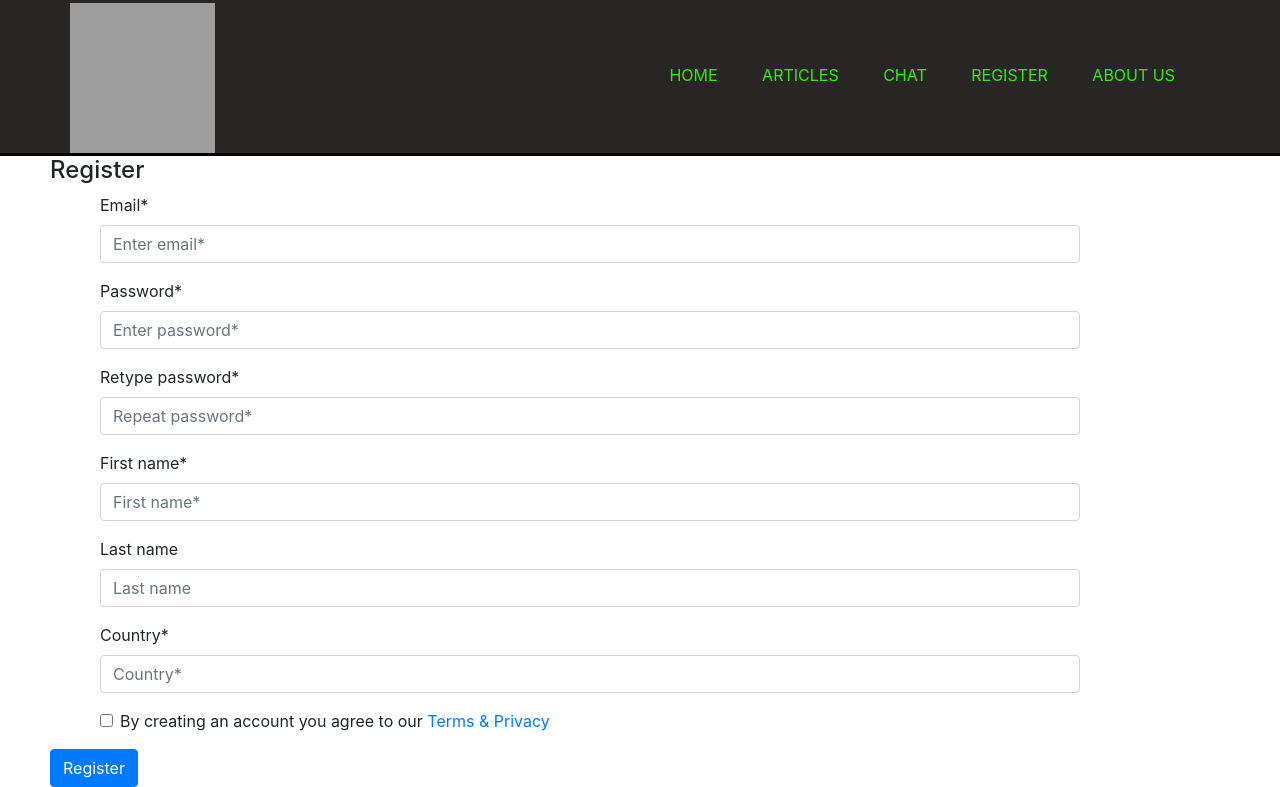
Repository: elvitasaukitena/Web
Page: register/register.html
These files come from the project's save history. The page is drawn as it stood at one moment and after the next save; the edit follows.
The browser window is 1280 px wide. The pictures show the whole page.
Pictures or frames that could not be fetched are drawn as grey boxes.

Above is the page before, as saved 2018-08-08 14:58:16.

### register/register.html
<!DOCTYPE html>
<html lang="en">

<head>
    <meta charset="UTF-8">
    <meta name="viewport" content="width=device-width, initial-scale=1.0">
    <meta http-equiv="X-UA-Compatible" content="ie=edge">
    <title>Document</title>
    <link rel="stylesheet" type="text/css" media="screen" href="register.css" />
    <link rel="stylesheet" href="https://stackpath.bootstrapcdn.com/bootstrap/4.1.3/css/bootstrap.min.css" integrity="sha384-MCw98/SFnGE8fJT3GXwEOngsV7Zt27NXFoaoApmYm81iuXoPkFOJwJ8ERdknLPMO"
        crossorigin="anonymous">

</head>

<body>
    <header>
        <div class="container">
            <div id="branding">
                <a href="../homepage/home.html">
                    <img id="img1" src="https://orig00.deviantart.net/999e/f/2017/347/7/e/cute_cat_gif_version_by_byanchalovelemon-dbwlb8v.gif">

                </a>
            </div>
            <div>

                <nav>
                    <ul>
                        <li>
                            <a href="../home/home.html">Home</a>
                        </li>
                        <li>
                            <a href="../articles/articles.html">Articles</a>
                        </li>
                        <li>
                            <a href="../chat/chat.html">Chat</a>
                        </li>
                        <li>
                            <a href="../register/register.html">Register</a>
                        </li>
                        <li>
                            <a href="../about us/about.html">About Us</a>
                        </li>
                    </ul>
                </nav>

            </div>

    </header>

    <div class="register">

            <form class="needs-validation" id="signup_form" action="../src/index.html" target="_blank" method="POST" novalidate>
                <h4 id="reg_title">Register</h4>
                <div class="form-group">
                    <label for="email">Email*</label>
                    <input type="email" class="form-control" id="email" placeholder="Enter email*" name="email" required>
                </div>
                <div class="form-group">
                    <label for="pwd">Password*</label>
                    <input type="password" class="form-control" id="password" placeholder="Enter password*" name="password" required>
                </div>
                <div class="form-group">
                    <label for="pwd">Retype password*</label>
                    <input type="password" class="form-control" id="confirmpassword" placeholder="Repeat password*" name="confirmpassword" required>
                </div>
                <div class="form-group">
                    <label for="pwd">First name*</label>
                    <input type="text" class="form-control" id="firstN" placeholder="First name*" name="firstN" required>
                </div>
                <div class="form-group">
                    <label for="pwd">Last name</label>
                    <input type="text" class="form-control" id="lastN" placeholder="Last name" name="lastN" required>
                </div>
                <div class="form-group">
                    <label for="pwd">Country*</label>
                    <input type="text" class="form-control" id="country" placeholder="Country*" name="country" required>
                </div>

                <div class="form-group">
                    <div class="form-check">
                        <input class="form-check-input" type="checkbox" id="checkbox1" name="checkbox" required>
                        <label class="form-check-label" for="checkbox1">By creating an account you agree to our
                            <a href="#">Terms &#38; Privacy</a>
                        </label>

                    </div>
                </div>

                <button type="submit" class="btn btn-primary" value="Submit" onClick="validatePassword();">Register</button>

            </form>

        </div>

</body>

</html>

### register/register.css
body{
    font-family: Arial, Helvetica, sans-serif;
    font-size: 15px;
    line-height: 1,5;
    font: 15px/1,5 Arial, Helvetica, sans-serif;
    padding:0;
    margin:0;
    background-color: rgb(192, 189, 189);
}

.container{
    width: 40%;
    margin:auto;
    overflow:hidden;
}


header ul{
    margin:0;
    padding:0;

}


header{
    background: #272624;
    color: #ffffff;
    padding-top: 3px;
    min-height: 40px;
    border-bottom: #000000 3px solid;
}

header #branding{
    float: left;
    margin-left: -20px;
    margin-top: 0px;
    margin-bottom: 0px;
}

header #img1{
    height: 150px;
    width: 150px;
}

header a{
    color: #35ec10;
    text-decoration: none;
    text-transform: uppercase;
    font: size 16;
}

header nav{
    float: right;
    margin-top: 60px;
}

header li{
    display: inline;
    padding: 0 20px 0 20px;
}
.register {
    padding: 0 200px 0 50px;
}
.form-group {
    margin-left: 50px;
}

After the next save:
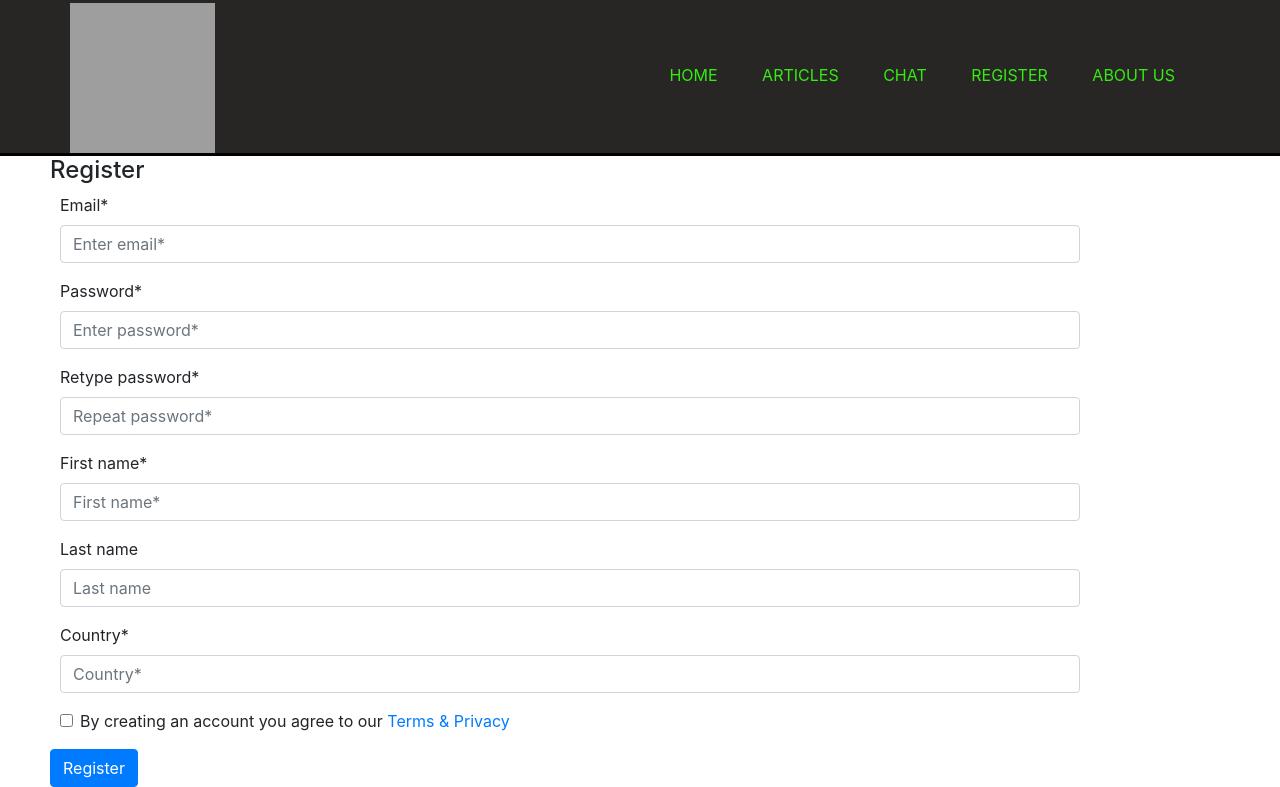
Saved 6 s later.
--- a/register/register.css
+++ b/register/register.css
@@ -62,5 +62,5 @@
     padding: 0 200px 0 50px;
 }
 .form-group {
-    margin-left: 50px;
+    margin-left: 10px;
 }
